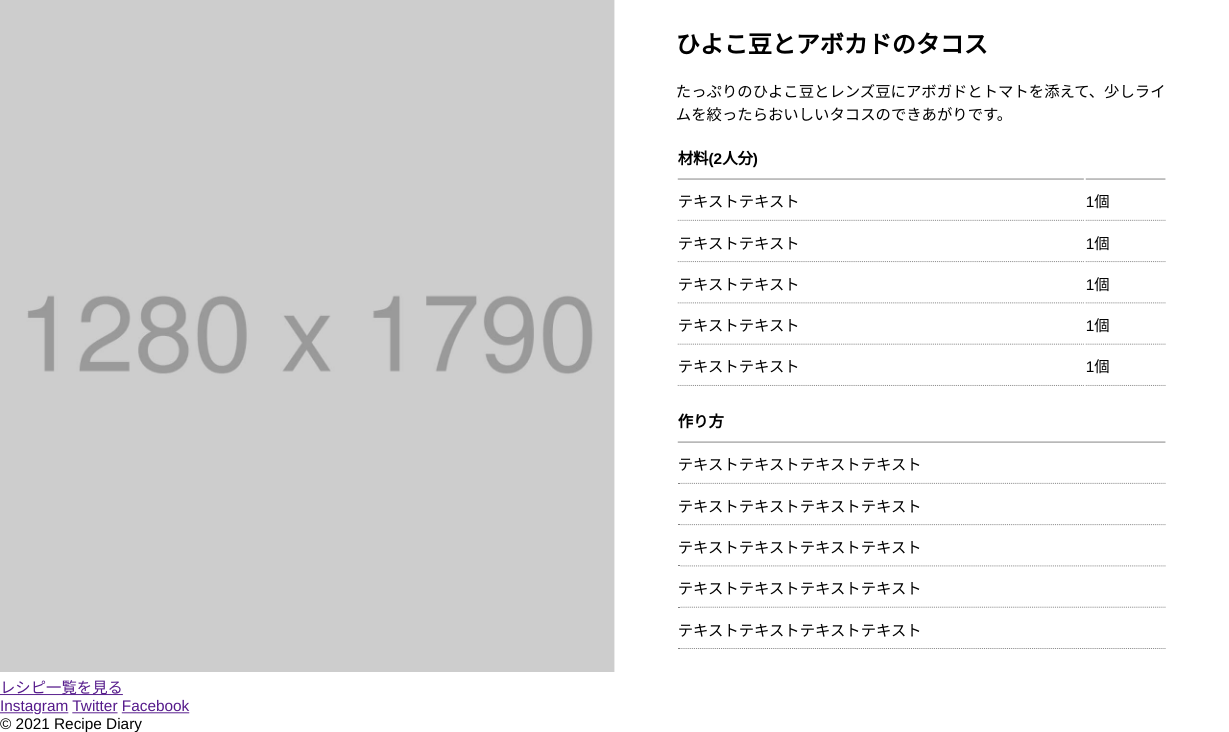
Repository: n19880405nick/challenge
Page: Codestep/Recipe Diary/recipe.html
The author's editor kept a record of every edit. The page is drawn from the files as they stood at one moment, then again after the next edit.
The browser window is 1280 px wide. The pictures show the whole page, at 96% of full size.

Above is the page before.

### Codestep/Recipe Diary/recipe.html
<!DOCTYPE html>
<html lang="ja">
  <head>
    <meta charset="UTF-8">
    <meta name="viewport" content="width=device-width, initial-scale=1.0">
    <title>Recipe Diary</title>
    <link rel="stylesheet" href="recipe.css">
    <link rel="shortcut icon" href="favicon.ico">
  </head>

  <body>

    <main>
      <div class="contents">
        <div class="visual"></div>
        <div class="content">
          <div class="text">
            <span class="title"><strong>ひよこ豆とアボカドのタコス</strong></span>
            <span class="subtitle">
              たっぷりのひよこ豆とレンズ豆にアボガドとトマトを添えて、少しライムを絞ったらおいしいタコスのできあがりです。
            </span>
          </div>
          <table class="material">
            <thead>
              <tr>
                <th>材料(2人分)</th>
                <th></th>
              </tr>
            </thead>
            <tbody>
              <tr>
                <td>テキストテキスト</td>
                <td>1個</td>
              </tr>
              <tr>
                <td>テキストテキスト</td>
                <td>1個</td>
              </tr>
              <tr>
                <td>テキストテキスト</td>
                <td>1個</td>
              </tr>
              <tr>
                <td>テキストテキスト</td>
                <td>1個</td>
              </tr>
              <tr>
                <td>テキストテキスト</td>
                <td>1個</td>
              </tr>
            </tbody>
          </table>
          <table class="howto">
            <thead>
              <tr>
                <th>作り方</th>
              </tr>
            </thead>
            <tbody>
              <tr>
                <td>テキストテキストテキストテキスト</td>
              </tr>
              <tr>
                <td>テキストテキストテキストテキスト</td>
              </tr>
              <tr>
                <td>テキストテキストテキストテキスト</td>
              </tr>
              <tr>
                <td>テキストテキストテキストテキスト</td>
              </tr>
              <tr>
                <td>テキストテキストテキストテキスト</td>
              </tr>
            </tbody>
          </table>
        </div>
      </div>

      <div class="to_index">
        <p class="link"><a class="index" href="">レシピ一覧を見る</a></p>
      </div>

      <footer>
        <div class="sns">
          <span class="Ins"><a href="">Instagram</a></span>
          <span class="Tw"><a href="">Twitter</a></span>
          <span class="FB"><a href="">Facebook</a></span>
        </div>
        <span class="copyrights">© 2021 Recipe Diary</span>
      </footer>
    </main>
  </body>
</html>

### Codestep/Recipe Diary/recipe.css
*{
  margin: 0;
  padding: 0;
  box-sizing: border-box;
}

body{
  font-family: Helvetica Neue, Arial, Hiragino Sans, Meiryo, sans-serif;
}

.contents{
  width: 100%;
  display: flex;
}

.visual{
  width: 50%;
  height: 700px;
  background-image: url("img/recipe1.jpg");
  background-size: cover;
  background-position: center;
}

.content{
  width: 50%;
  padding: 2% 5%;
}

.text{
  display: flex;
  flex-direction: column;
}

.title{
  font-size: 25px;
  margin-bottom: 20px;
}

.material, .howto{
  width: 100%;
  margin-top: 20px;
}

th{
  padding-bottom: 10px;
  border-bottom: solid 1px gray;
  text-align: left;
}

td{
  padding: 8px 0;
  border-bottom: dotted 1px gray;
}

After the next edit:
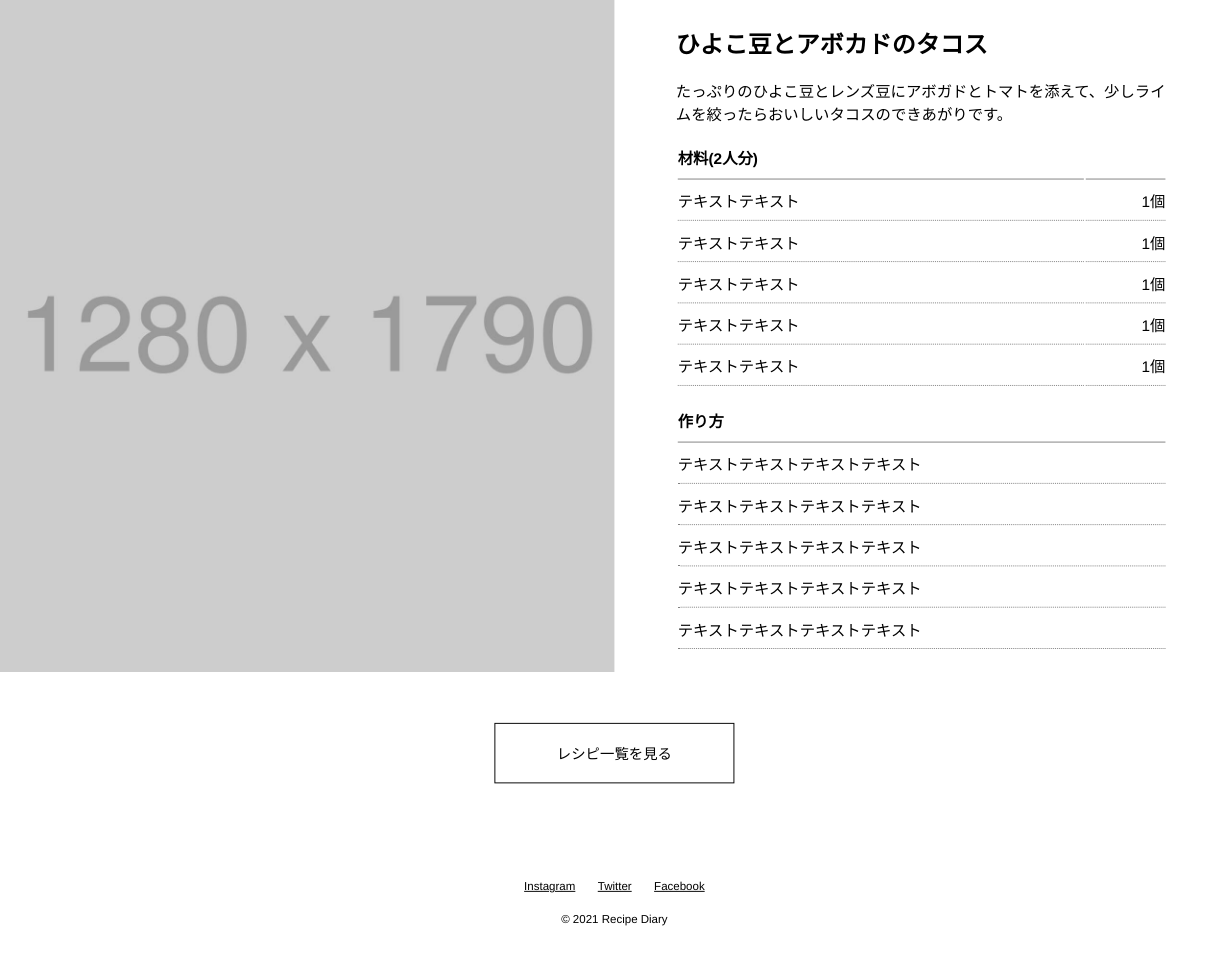
The edit:
--- a/Codestep/Recipe Diary/recipe.css
+++ b/Codestep/Recipe Diary/recipe.css
@@ -51,3 +51,47 @@ td{
   padding: 8px 0;
   border-bottom: dotted 1px gray;
 }
+
+td:nth-child(2n){
+  text-align: right;
+}
+
+.to_index{
+  width: 100%;
+  margin: 50px auto 100px;
+  display: flex;
+  text-align: center;
+}
+
+.link{
+  margin: 0 auto;
+  padding: 20px 50px;
+  width: 250px;
+  border: solid 1px black;
+  font-size: 15px;
+}
+
+.index{
+  text-decoration: none;
+}
+
+a{
+  color: black;
+}
+
+footer{
+	width: 100%;
+	height: 100px;
+	display: flex;
+	flex-direction: column;
+	align-items: center;
+	font-size: 12px;
+}
+
+.sns{
+  margin-bottom: 20px;
+}
+
+.Tw{
+  margin: 0 20px;
+}
